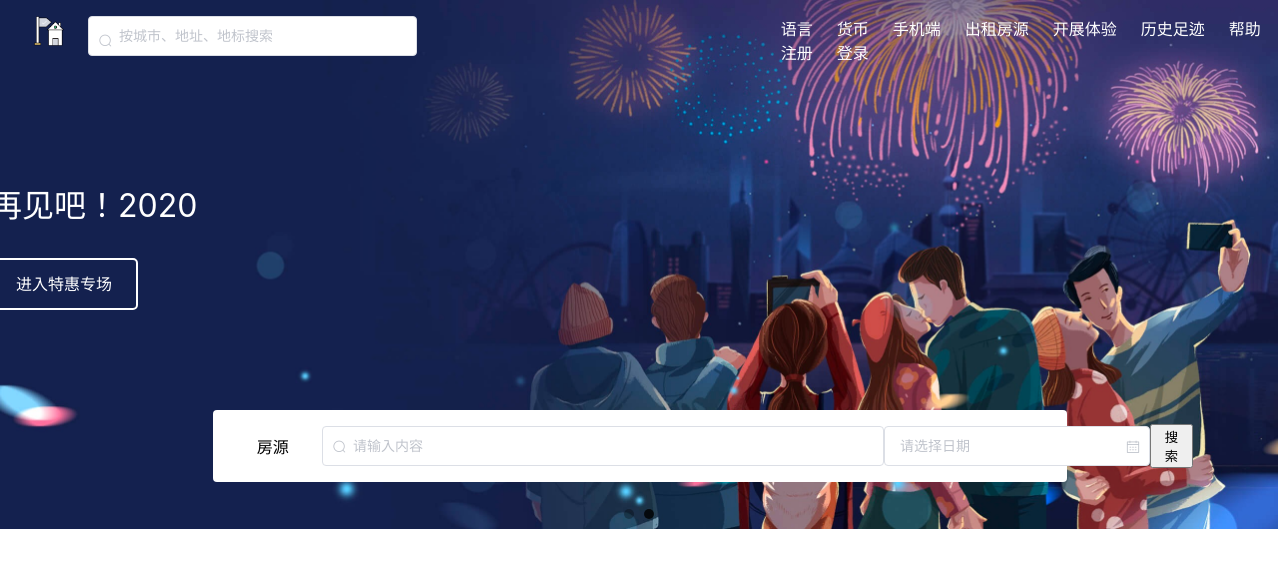
Repository: yz1181214391/my-airbnb
Page: /
These files come from the project's save history. The page is drawn as it stood at one moment and after the next save; the edit follows.
The browser window is 1280 px wide. The pictures show the whole page.
The project was rebuilt for these pictures with package versions that can differ from the ones it lists, and the page was loaded fresh each time. Also part of the build but not shown: src/views/Language.vue, src/views/Currency.vue, src/views/Enter.vue, src/views/Experience.vue, src/views/Help.vue, src/views/History.vue, src/views/Mobile.vue, src/views/Register.vue and 1 more.

Above is the page before, as saved 2020-12-14 14:04:51.

### src/App.vue
<template>
  <div id="app">
    <div class="app-header">
      <Header/>
      <Banner class="banner"/>
    </div>

  </div>

</template>

<script>
import Banner from './components/Banner'
import Header from './components/Header'

export default {
   name: 'app',
  components:{
    Banner,
    Header
  }
}
</script>


<style lang="less">
// #app {
//   font-family: Avenir, Helvetica, Arial, sans-serif;
//   -webkit-font-smoothing: antialiased;
//   -moz-osx-font-smoothing: grayscale;
//   text-align: center;
//   color: #2c3e50;
// }

  html,body {margin: 0;padding: 0;height: 100%;width: 100%;}
  a {text-decoration: none;}
  body,div,dl,dt,dd,ul,ol,li,h1,h2,h3,h4,h5,h6,pre,form,fieldset,input,textarea,p,blockquote,th,td {margin: 0;padding: 0;}
  table {border-collapse: collapse;border-spacing: 0;}
  fieldset,img {border: 0;}
  address,caption,cite,code,dfn,em,strong,th,var {font-style: normal;font-weight: normal;}
  ol,ul {list-style: none;}
  caption,th {text-align: left;}
  h1,h2,h3,h4,h5,h6 {font-size: 100%;font-weight: normal;}
  q:before,q:after {content: '';}
  abbr,acronym {border: 0;}
  body{
      font-family: "Chinese Quote", -apple-system, BlinkMacSystemFont, "Segoe UI", "PingFang SC", "Hiragino Sans GB", "Microsoft YaHei", "Helvetica Neue", Helvetica, Arial, sans-serif, "Apple Color Emoji", "Segoe UI Emoji", "Segoe UI Symbol";
  }

  .banner{
    position: absolute;
    left: 0;
    top: 0;
    z-index: -1;
  }
</style>

### src/router/index.js
import Vue from 'vue'
import VueRouter from 'vue-router'

import Language from '../views/Language.vue'
import Currency from '../views/Currency.vue'
import Enter from '../views/Enter.vue'
import Experience from '../views/Experience.vue'
import Help from '../views/Help.vue'
import History from '../views/History.vue'
import Mobile from '../views/Mobile.vue'
import Register from '../views/Register.vue'
import Room from '../views/Room.vue'



Vue.use(VueRouter)

const routes = [
  // {
  //   path: '/',
  //   name: 'Language',
  //   component: Language
  // },
  // {
  //   path: '/Currency',
  //   name: 'Currency',
  //   // route level code-splitting
  //   // this generates a separate chunk (about.[hash].js) for this route
  //   // which is lazy-loaded when the route is visited.
  //   component: () => import(/* webpackChunkName: "about" */ '../views/Currency.vue')
  // }
  { path : '/Language', component : Language},
  { path : '/Currency', component : Currency},
  { path : '/Enter', component : Enter},
  { path : '/Experience', component : Experience},
  { path : '/Help', component : Help},
  { path : '/History', component : History},
  { path : '/Mobile', component : Mobile},
  { path : '/Register', component : Register},
  { path : '/Room', component : Room},
]

const router = new VueRouter({
  mode: 'history',
  base: process.env.BASE_URL,
  routes
})

export default router

### src/components/Banner.vue
<template>
  <div class="banner-box">
      <div class="banner">
          <img v-for="(v,i) in img " :key="i" :src="v" v-show="i==n" alt="">
          <div class="banner-circle">
              <ul>
                 <li v-for="(v,i) in img" :key="i" :class="i==n ? 'selected' : ''"></li>
              </ul>
          </div>
      </div>
  </div>
</template>

<script>
export default {
  data (){
      return{
          n:0,
          img:[
              require("../assets/img/banner1.jpg"),
              require("../assets/img/banner2.jpeg")
          ]
      }
  },
  methods : {
      fun:function(){
          setInterval(this.play,5000)
      },
      play:function(){
          this.n++;
          if(this.n == this.img.length){
              this.n = 0
          }
      }
  },
  mounted:function(){
          this.fun()
      }
}
</script>
<style>
    .banner-box{
      width: 100%;
      height: 529px;
    }
    ul{
        list-style-type: none;
    }
    .banner{
        position: relative;
    }
    .banner .banner-circle{
        position: absolute;
        bottom: 5px;
        left: 0;
        right: 0;
        color: #ffffff;
    }
    .banner .banner-circle li{
        display: inline-block;
        background: rgba(0,0,0,0.3);
        border-radius: 50%;
        padding: 5px;
        margin: 5px;
    }
    .banner .banner-circle ul{
        text-align: center;
    }
    .banner .banner-circle .selected{
        background: rgba(0,0,0,0.8);
    }
    .banner img{
        width: 100%;
        height: 529px;
        margin: 0;
        padding: 0;
    }
</style>

### src/components/Header.vue
<template>
    <div class="airbnb-box">
      <el-row :gutter="20">
        <el-col :span="8">
          <div class="grid-content bg-purple" style="display:flex">
            <a href="###"><img class="logo" src="../assets/img/012-zhandian.png" alt=""></a>
            <el-input v-model="input" style="width: 460px;height: 48px;" prefix-icon='el-icon-search' placeholder="按城市、地址、地标搜索"></el-input>
          </div>
        </el-col>
        <el-col :span="10" :offset="6">
          <div class="grid-content bg-purple nav-box">
            <router-link to="/Language">语言</router-link>
            <router-link to="/Currency">货币</router-link>
            <router-link to="/Mobile">手机端</router-link>
            <router-link to="/Room">出租房源</router-link>
            <router-link to="/Experience">开展体验</router-link>
            <router-link to="/History">历史足迹</router-link>
            <router-link to="/Help">帮助</router-link>
            <router-link to="/Register">注册</router-link>
            <router-link to="/Enter">登录</router-link>
          </div>
        </el-col>
      </el-row>
      <el-row :gutter="20">
        <el-col :span="6" :offset="6">
          <div class="grid-content bg-purple" style="margin:80px 0; margin-left:-340px">
            <h1 style="font-size:32px;color:#fff">再见吧！2020</h1>
            <div class="preferential-btn">进入特惠专场</div>
          </div>
        </el-col>
        <el-col :span="6" :offset="6"><div class="grid-content bg-purple"></div></el-col>
      </el-row>
      <el-row :gutter="20">
        <el-col :span="16" :offset="4" class="input-box">
          <!-- <div class="grid-content bg-purple1"> -->
            <div class="demo-input-suffix" style="display:flex;align-items: center;">
              <div style="width:100px;height:100%; text-align: center;">房源</div>
              <div style="width:570px;height:100%;">
                <el-input
                  placeholder="请输入内容"
                  prefix-icon="el-icon-search"
                  v-model="input21">
                </el-input>
              </div>
              <div style="width:270px;height:100%;">
                <el-input
                  placeholder="请选择日期"
                  suffix-icon="el-icon-date"
                  v-model="input2">
                </el-input>
              </div>
              <button>搜索</button>
            </div>
          <!-- </div> -->
        </el-col>
      </el-row>
    </div>
</template>

<script>
// import Banner from './components/Banner'
export default {
    data(){
      return {
        input:'',
        input2:'',
        input21:'',
      }
    }
  // components:{
  //   Banner
  // }
}
</script>


<style lang="less">
  html,body {margin: 0;padding: 0;height: 100%;width: 100%;}
  a {text-decoration: none;}
  body,div,dl,dt,dd,ul,ol,li,h1,h2,h3,h4,h5,h6,pre,form,fieldset,input,textarea,p,blockquote,th,td {margin: 0;padding: 0;}
  table {border-collapse: collapse;border-spacing: 0;}
  fieldset,img {border: 0;}
  address,caption,cite,code,dfn,em,strong,th,var {font-style: normal;font-weight: normal;}
  ol,ul {list-style: none;}
  caption,th {text-align: left;}
  h1,h2,h3,h4,h5,h6 {font-size: 100%;font-weight: normal;}
  q:before,q:after {content: '';}
  abbr,acronym {border: 0;}
  body{
      font-family: "Chinese Quote", -apple-system, BlinkMacSystemFont, "Segoe UI", "PingFang SC", "Hiragino Sans GB", "Microsoft YaHei", "Helvetica Neue", Helvetica, Arial, sans-serif, "Apple Color Emoji", "Segoe UI Emoji", "Segoe UI Symbol";
  }
input{
	background:none;
	outline:none;
	border:none;
}

.airbnb-box{
    width: 100%;
    height: 529px;

    // background-color: #cccccc;
  }

.el-row {
    margin-bottom: 20px;
    margin-left: 0 !important;
    margin-right: 0 !important;
    display: flex;
    &:first-child{

      align-items: center;
      width: 100%;
      height: 80px;

      // background-color: #99a9bf;
    }
    &:last-child {
      margin-bottom: 0;
    }
  }
  .el-col {
    border-radius: 4px;
  }
  .bg-purple-dark {
    background: #99a9bf;
  }
  .bg-purple1 {
    // height: 40px;
    // background: #d3dce6;
  }
  .bg-purple-light {
    background: #e5e9f2;
  }
  .grid-content {
    border-radius: 4px;
    min-height: 36px;
  }
  .row-bg {
    padding: 10px 0;
    background-color: #f9fafc;
  }


.logo{
  width: 30px;
  height: 30px;
  margin: 0 24px;
}
.preferential-btn{
  width:144px;
  height:48px;
  border:2px solid #ffff;
  border-radius:5px;
  text-align: center;
  line-height: 48px;
  color:#fff;
  margin: 32px 0;
}
.nav-box > a{
  margin-left: 24px;
  color: #fff;
}
.input-box{
  width: 100%;
  height: 72px;
  background-color: #fff;
  display: flex;
  align-items: center;
}
</style>

Loaded but not shown: public/index.html (common file); src/main.js (common file); src/store/index.js (common file)

After the next save:
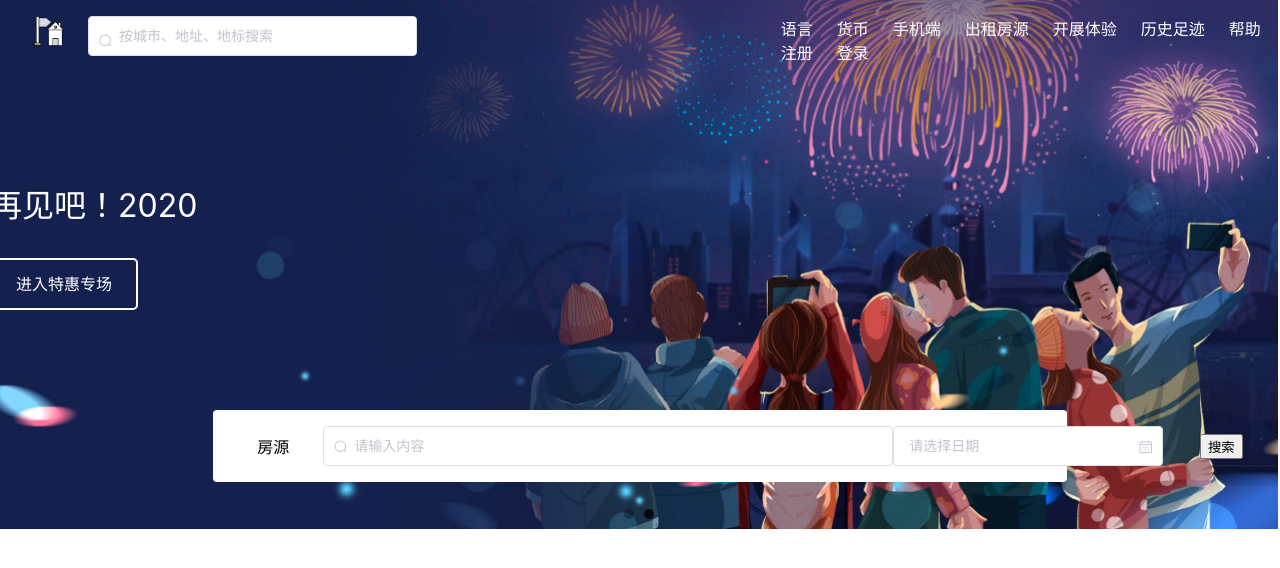
Saved 84 min 41 s later.
--- a/src/components/Header.vue
+++ b/src/components/Header.vue
@@ -49,7 +49,9 @@
                   v-model="input2">
                 </el-input>
               </div>
-              <button>搜索</button>
+              <div style="width:116px;height:100%;text-align: center;">
+                <button>搜索</button>
+              </div>
             </div>
           <!-- </div> -->
         </el-col>
